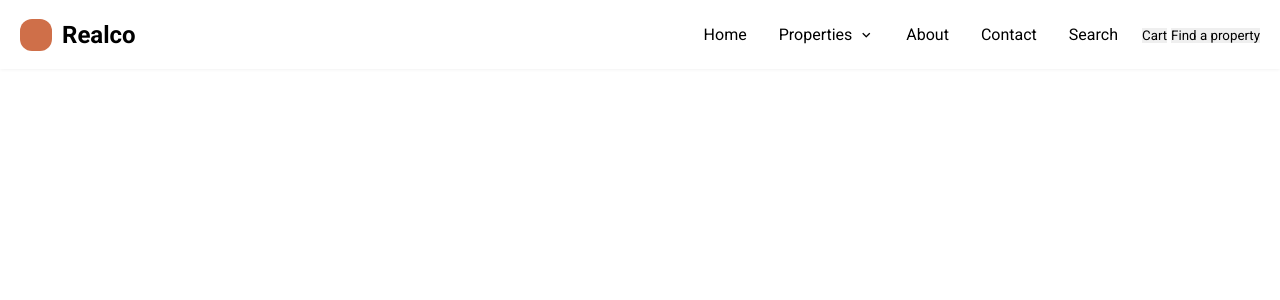
Repository: bek77g/realco
Page: index.html
These files come from the project's save history. The page is drawn as it stood at one moment and after the next save; the edit follows.
The browser window is 1280 px wide. The pictures show the whole page.
The style sheet was rebuilt from its Sass, Less or Tailwind sources for each picture, by a compiler version that may differ from the author's.

Above is the page before, as saved 2023-04-13 21:07:25.

After the next save:
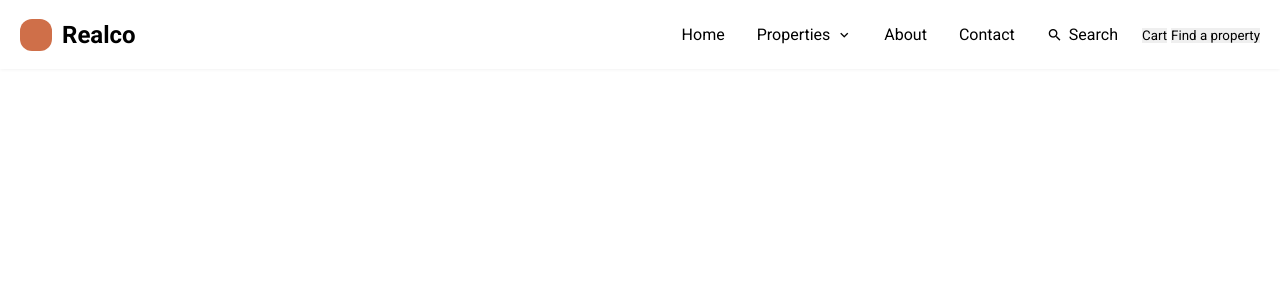
Saved 85 s later.
--- a/index.html
+++ b/index.html
@@ -35,7 +35,9 @@
               </li>
               <li class="header__menu-item"><a href="#">About</a></li>
               <li class="header__menu-item"><a href="#">Contact</a></li>
-              <li class="header__menu-item"><a href="#">Search</a></li>
+              <li class="header__menu-item">
+                <a href="#"> <span class="icon">search</span> Search</a>
+              </li>
             </ul>
             <div class="header__buttons">
               <button class="header__buttons-btn">Cart</button>
